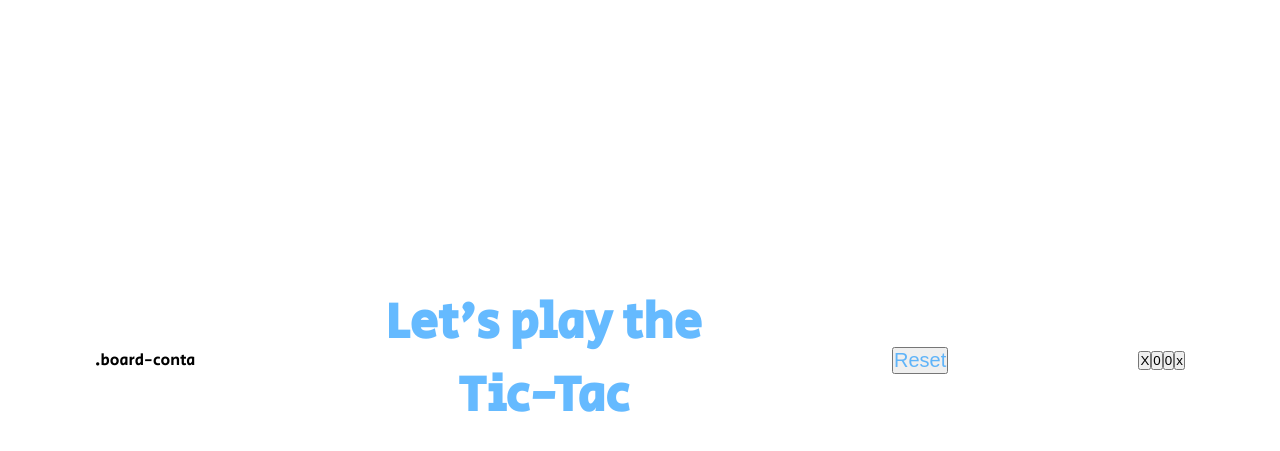
Repository: evergreenx/tic-tac
Page: /
An editor plug-in stored every save of this project. The page is shown before and after the next save, followed by the edit.
The browser window is 1280 px wide. The pictures show the whole page.
The project was rebuilt for these pictures with package versions that can differ from the ones it lists, and the page was loaded fresh each time.

Above is the page before, as saved 2022-04-21 04:05:35.

### src/index.scss
@import url("https://fonts.googleapis.com/css2?family=Anton&family=Secular+One&display=swap");

* {
  margin: 0;
  padding: 0;
  box-sizing: border-box;
}

body {
  font-family: "Secular One", sans-serif;
}

.App {
  display: flex;
  flex-direction: row;
  align-items: center;
  justify-content: space-around;
  height: 100vh;
}
.heading {
  color: #008cff9a;
  font-size: 50px;
}

.reset--button--text{
  color: #008cff9a;
  font-size: 20px;
}

@media (max-width: 768px) {
  .App {
    flex-direction: column;
  }
}

### src/App.js
import "./App.css";
import Board from "./components/Board";

function App() {
  return (
    <section className="App">


      .board-conta
      <h1 className="heading">
        Let's play the <br /> Tic-Tac
      </h1>
      <div class="reset--button">
        <button class="reset--button--text">Reset</button>
      </div>
      <Board />
    </section>
  );
}

export default App;

### src/components/Board.jsx
import React from "react";
import './Board.scss'

function Board() {
  return (
    <div className="board">
      <button>X</button>

      <button>0</button>

      <button>0</button>

      <button>x</button>
    </div>
  );
}

export default Board;

### src/components/Board/Board.scss
.board {
  display: flex;
  flex-direction: row;
}

Loaded but not shown: public/index.html (common file); src/index.js (common file); src/reportWebVitals.js (common file); src/App.css (common file)

After the next save:
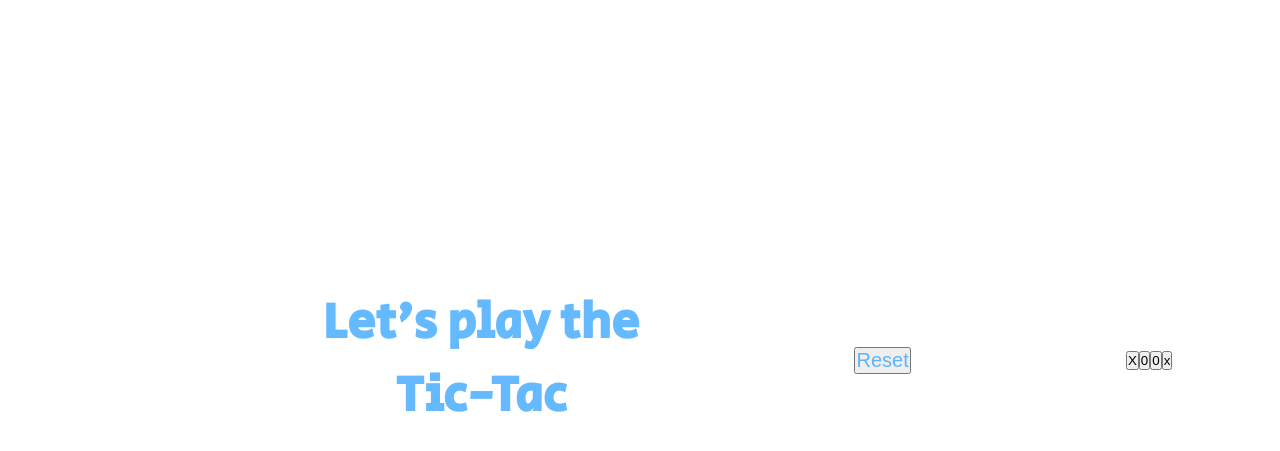
Saved 8 s later.
--- a/src/App.js
+++ b/src/App.js
@@ -6,7 +6,10 @@ function App() {
     <section className="App">
 
 
-      .board-conta
+      <div class="board-text">
+
+
+      </div>
       <h1 className="heading">
         Let's play the <br /> Tic-Tac
       </h1>
